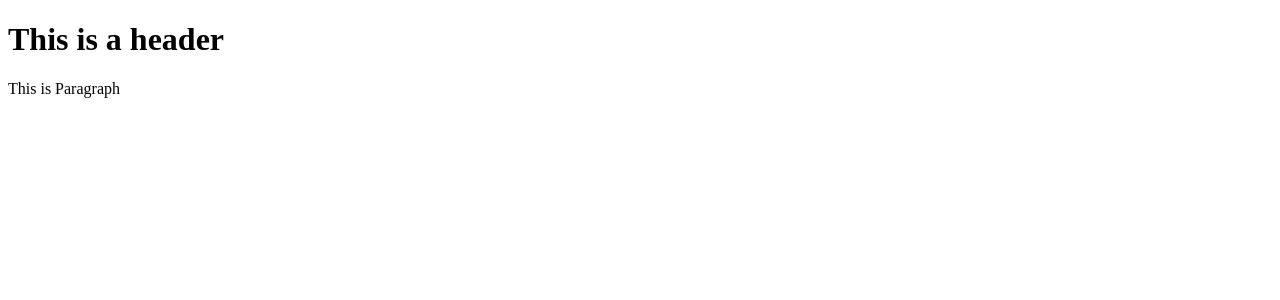
Repository: Ajayakumara/react
Page: index.html
The author's editor kept a copy of each file at every save. The page is drawn from the files as they stood at one save, then again after the next save.
The browser window is 1280 px wide. The pictures show the whole page.

Above is the page before, as saved 2021-03-09 12:35:57.

After the next save:
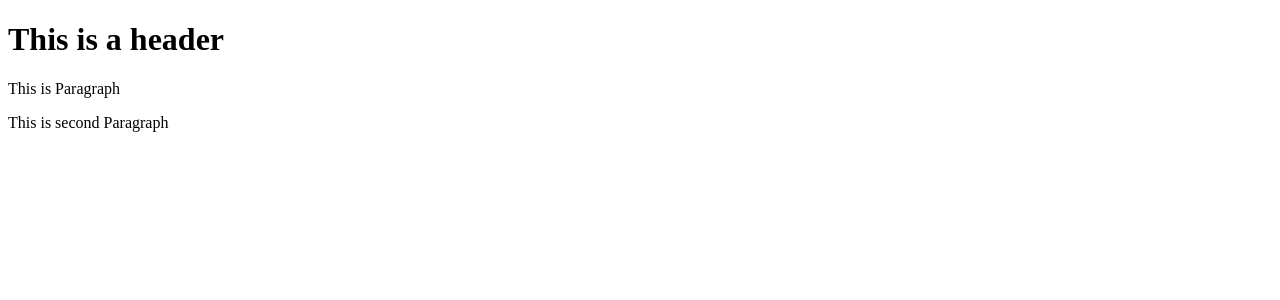
Saved 97 s later.
--- a/index.html
+++ b/index.html
@@ -5,5 +5,7 @@
     <body>
         <h1>This is a header</h1>
         <p> This is Paragraph</p>
+        <p>This is second Paragraph</p>
+
     </body>
 </html>
